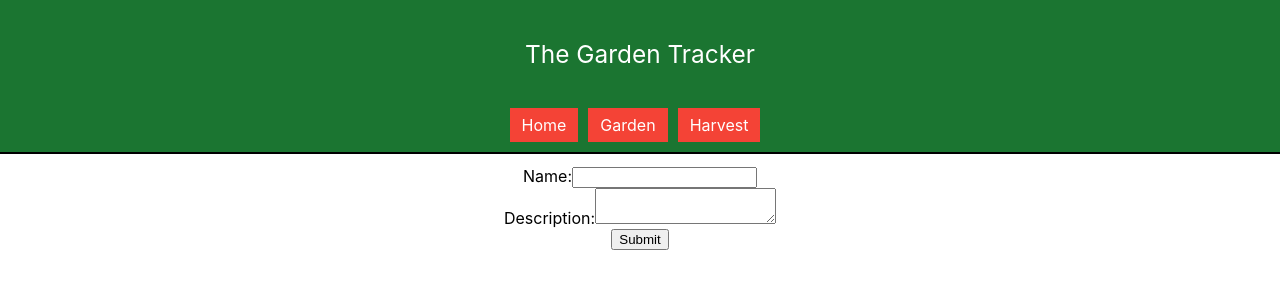
Repository: charliejp0311/ReactReduxFinal
Page: /garden (app in gardentracker/)
These files come from the project's save history. The page is drawn as it stood at one moment and after the next save; the edit follows.
The browser window is 1280 px wide. The pictures show the whole page.
The page's requests for data from a server got no answer. The project was rebuilt for these pictures with package versions that can differ from the ones it lists, and the page was loaded fresh each time. No one was signed in, and anything a server would have sent is missing. Also part of the build but not shown: gardentracker/src/containers/GardenbookContainer.js, gardentracker/src/components/GardenPlant.js, gardentracker/src/components/HarvestPlant.js, gardentracker/src/containers/HarvestContainer.js, gardentracker/src/components/UpdatePlantForm.js, gardentracker/src/components/NoteForm.js, gardentracker/src/components/noteList.js, gardentracker/src/containers/PlantContainer.js and 1 more.

Above is the page before, as saved 2020-11-09 12:19:38.

After the next save:
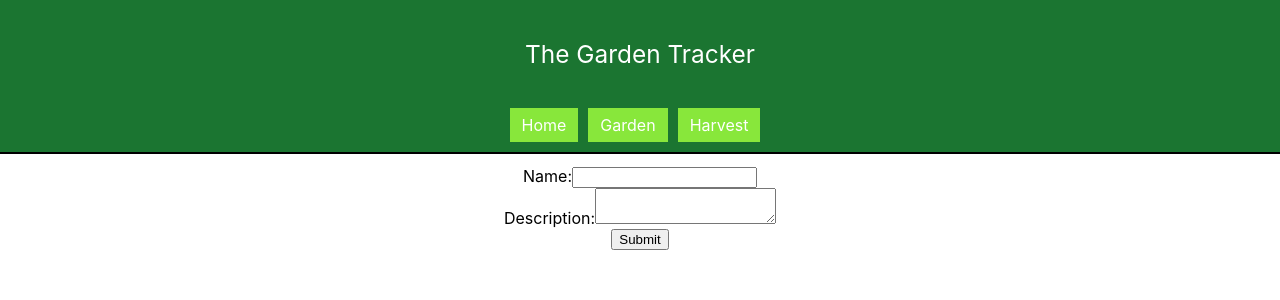
Saved 56 s later.
--- a/gardentracker/src/App.css
+++ b/gardentracker/src/App.css
@@ -49,7 +49,7 @@
 
 a:link,
 a:visited {
-  background-color: #f44336;
+  background-color: #88e73b;
   color: white;
   padding: 7px 12px;
   text-align: center;
@@ -59,7 +59,7 @@ a:visited {
 
 a:hover,
 a:active {
-  background-color: red;
+  background-color: rgb(237, 253, 92);
 }
 
 @keyframes App-logo-spin {
